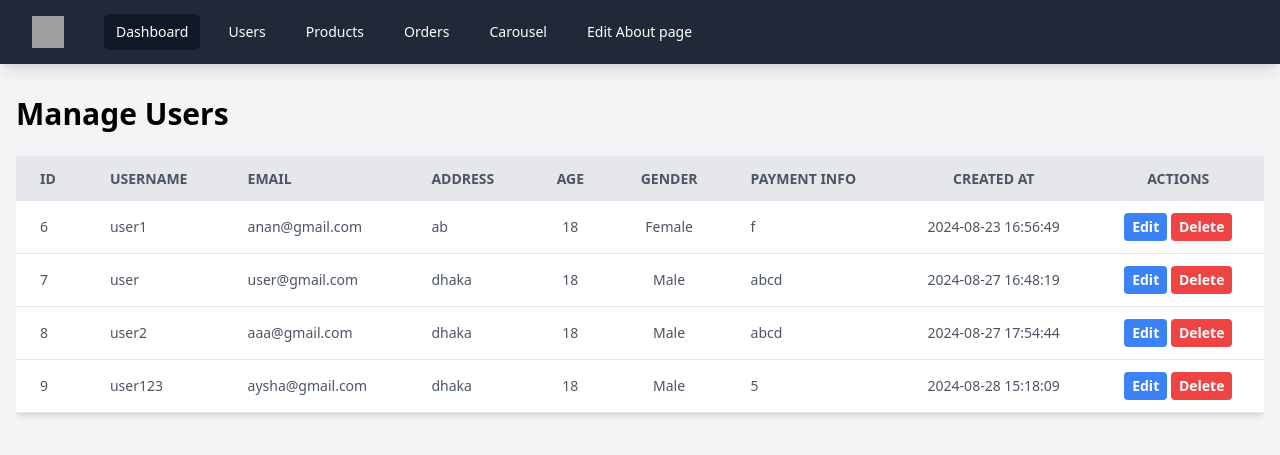
Repository: AsirAl-Anan/php-eccomerce
Page: http://localhost/admin/users_manage.php
These files come from the project's save history. The page is drawn as it stood at one moment and after the next save; the edit follows.
The browser window is 1280 px wide. The pictures show the whole page.
Pictures or frames that could not be fetched are drawn as grey boxes. Some web libraries are served in a nearby version. The page is run by PHP 8.4 with error messages shown; the project is at /var/www/html/. The session is filled in as if someone had signed in: {"admin_loggedin": true, "admin_id": 244004, "admin_username": "admin1"}. Other server files are loaded and not shown. The database holds what the project's SQL file puts in it.

Above is the page before, as saved 2024-08-27 14:44:52.

### admin/users_manage.php
<?php
session_start();
require_once '../config/config.php';
require_once 'fetch_admin_data.php';
// Check if admin is logged in
if (!isset($_SESSION["admin_loggedin"]) || $_SESSION["admin_loggedin"] !== true) {
    header("location: admin_login.php");
    exit;
}

// Function to get all users
function getAllUsers($conn)
{
    $sql = "SELECT id, username, email, address, age, gender, payment_info, created_at FROM users";
    $result = $conn->query($sql);
    return $result->fetch_all(MYSQLI_ASSOC);
}

// Handle user deletion
if (isset($_POST['delete_user'])) {
    $user_id = $_POST['user_id'];

    $conn->query("SET foreign_key_checks = 0");

    try {
        $sql = "DELETE FROM orders WHERE user_id = ?";
        $stmt = $conn->prepare($sql);
        $stmt->bind_param("i", $user_id);
        $stmt->execute();

        $sql = "DELETE FROM cart WHERE user_id = ?";
        $stmt = $conn->prepare($sql);
        $stmt->bind_param("i", $user_id);
        $stmt->execute();

        $sql = "DELETE FROM users WHERE id = ?";
        $stmt = $conn->prepare($sql);
        $stmt->bind_param("i", $user_id);
        $stmt->execute();

        echo "User and related data deleted successfully";
    } catch (Exception $e) {
        echo "Error deleting user: " . $e->getMessage();
    } finally {
        $conn->query("SET foreign_key_checks = 1");
    }
}
// Handle user edit
if (isset($_POST['edit_user'])) {
    $user_id = $_POST['user_id'];
    $username = $_POST['username'];
    $email = $_POST['email'];
    $address = $_POST['address'];
    $age = $_POST['age'];
    $gender = $_POST['gender'];
    $payment_info = $_POST['payment_info'];

    $sql = "UPDATE users SET username = ?, email = ?, address = ?, age = ?, gender = ?, payment_info = ? WHERE id = ?";
    $stmt = $conn->prepare($sql);
    $stmt->bind_param("sssissi", $username, $email, $address, $age, $gender, $payment_info, $user_id);

    if ($stmt->execute()) {
        echo "User updated successfully!";
    } else {
        echo "Error updating user: " . $conn->error;
    }
}
$users = getAllUsers($conn);


?>


<!DOCTYPE html>
<html lang="en">

<head>
    <meta charset="UTF-8">
    <meta name="viewport" content="width=device-width, initial-scale=1.0">
    <title>Admin Panel</title>
    <script src="https://cdn.tailwindcss.com"></script>
</head>

<body class="bg-gray-100 ">


    <nav class="bg-gray-800 text-white shadow-lg">
        <div class="max-w-7xl mx-auto px-4 sm:px-6 lg:px-8">
            <div class="flex items-center justify-between h-16">
                <div class="flex items-center">
                    <a href="#" class="flex-shrink-0">
                        <img class="h-8 w-8" src="https://tailwindui.com/img/logos/workflow-mark-indigo-500.svg"
                            alt="Workflow">
                    </a>
                    <div class="hidden md:block">
                        <div class="ml-10 flex items-baseline space-x-4">
                            <a href="admin_panel.php" class="px-3 py-2 rounded-md text-sm font-medium bg-gray-900">Dashboard</a>
                            <a href="manage_users.php" class="px-3 py-2 rounded-md text-sm font-medium hover:bg-gray-700">Users</a>
                            <a href="manage_product.php" class="px-3 py-2 rounded-md text-sm font-medium hover:bg-gray-700">Products</a>
                            <a href="order_manage.php" class="px-3 py-2 rounded-md text-sm font-medium hover:bg-gray-700">Orders</a>
                            <a href="edit_carousel.php" class="px-3 py-2 rounded-md text-sm font-medium hover:bg-gray-700">Carousel</a>
                            <a href="edit_about_page.php" class="px-3 py-2 rounded-md text-sm font-medium hover:bg-gray-700">Edit About page</a>
                        </div>
                    </div>
                </div>
                <div class="hidden md:block">
                    <div class="ml-4 flex items-center md:ml-6">
                        <button
                            class="p-1 rounded-full hover:bg-gray-700 focus:outline-none focus:ring-2 focus:ring-offset-2 focus:ring-offset-gray-800 focus:ring-white">
                            <span class="sr-only">View notifications</span>
                            <i class="fas fa-bell"></i>
                        </button>
                        <div class="ml-3 relative">
                            <div>
                                <button
                                    class="max-w-xs bg-gray-800 rounded-full flex items-center text-sm focus:outline-none focus:ring-2 focus:ring-offset-2 focus:ring-offset-gray-800 focus:ring-white">
                                    <span class="sr-only">Open user menu</span>
                                    <?php
$profile_picture_path = isset($admin_data['profile_picture']) ? '../uploads/' . $admin_data['profile_picture'] : '../uploads/default_avatar.jpg';

?>
                                </button>
                            </div>
                        </div>
                    </div>
                </div>
                <div class="-mr-2 flex md:hidden">
                    <button type="button"
                        class="inline-flex items-center justify-center p-2 rounded-md text-gray-400 hover:text-white hover:bg-gray-700 focus:outline-none focus:ring-2 focus:ring-offset-2 focus:ring-offset-gray-800 focus:ring-white">
                        <span class="sr-only">Open main menu</span>
                        <i class="fas fa-bars"></i>
                    </button>
                </div>
            </div>
        </div>
    </nav>

    <div class="container mx-auto px-4 py-8">
        <h1 class="text-3xl font-bold mb-6">Manage Users</h1>
        <div class="overflow-x-auto">
            <table class="w-full bg-white shadow-md rounded mb-4">
                <thead>
                    <tr class="bg-gray-200 text-gray-600 uppercase text-sm leading-normal">
                        <th class="py-3 px-6 text-left">ID</th>
                        <th class="py-3 px-6 text-left">Username</th>
                        <th class="py-3 px-6 text-left">Email</th>
                        <th class="py-3 px-6 text-left">Address</th>
                        <th class="py-3 px-6 text-center">Age</th>
                        <th class="py-3 px-6 text-center">Gender</th>
                        <th class="py-3 px-6 text-left">Payment Info</th>

                        <th class="py-3 px-6 text-center">Created At</th>
                        <th class="py-3 px-6 text-center">Actions</th>
                    </tr>
                </thead>
                <tbody class="text-gray-600 text-sm font-light">
                    <?php foreach ($users as $user): ?>
                        <tr class="border-b border-gray-200 hover:bg-gray-100">
                            <td class="py-3 px-6 text-left whitespace-nowrap"><?php echo $user['id']; ?></td>
                            <td class="py-3 px-6 text-left"><?php echo htmlspecialchars($user['username']); ?></td>
                            <td class="py-3 px-6 text-left"><?php echo htmlspecialchars($user['email']); ?></td>
                            <td class="py-3 px-6 text-left"><?php echo htmlspecialchars($user['address']); ?></td>
                            <td class="py-3 px-6 text-center"><?php echo $user['age']; ?></td>
                            <td class="py-3 px-6 text-center"><?php echo htmlspecialchars($user['gender']); ?></td>
                            <td class="py-3 px-6 text-left"><?php echo htmlspecialchars($user['payment_info']); ?></td>

                            <td class="py-3 px-6 text-center"><?php echo $user['created_at']; ?></td>
                            <td class="py-3 px-6 text-center">
                                <button onclick="openEditModal(<?php echo htmlspecialchars(json_encode($user)); ?>)"
                                    class="bg-blue-500 hover:bg-blue-700 text-white font-bold py-1 px-2 rounded">Edit</button>
                                <form method="POST" action="" class="inline">
                                    <input type="hidden" name="user_id" value="<?php echo $user['id']; ?>">
                                    <button type="submit" name="delete_user"
                                        class="bg-red-500 hover:bg-red-700 text-white font-bold py-1 px-2 rounded"
                                        onclick="return confirm('Are you sure you want to delete this user?')">Delete</button>
                                </form>
                            </td>
                        </tr>
                    <?php endforeach; ?>
                </tbody>
            </table>
        </div>
    </div>











        <script>






            function openEditModal(user) {
                // Populate the modal fields with the user data
                document.getElementById('edit_user_id').value = user.id;
                document.getElementById('edit_username').value = user.username;
                document.getElementById('edit_email').value = user.email;
                document.getElementById('edit_address').value = user.address;
                document.getElementById('edit_age').value = user.age;
                document.getElementById('edit_gender').value = user.gender;
                document.getElementById('edit_payment_info').value = user.payment_info;

                // Show the modal
                document.getElementById('editModal').classList.remove('hidden');
            }

            function closeEditModal() {
                // Hide the modal
                document.getElementById('editModal').classList.add('hidden');
            }



        </script>






</body>

</html>

### config/config.php
<?PHP
// define('SERVER','localhost');
// define('USERNAME','ANAN');
// define('PASSWORD','1234');
// define('DATABASE_NAME','eccomercesite');
if (!defined('SERVER')) define('SERVER', 'localhost');
if (!defined('USERNAME')) define('USERNAME', 'ANAN');
if (!defined('PASSWORD')) define('PASSWORD', '1234');
if (!defined('DATABASE_NAME')) define('DATABASE_NAME', 'eccomercesite');

$conn = new mysqli(SERVER, USERNAME, PASSWORD, DATABASE_NAME);

if ($conn->connect_error) {
    die("Connection failed: " . $conn->connect_error);
}

### admin/fetch_admin_data.php
<?php

require_once '../config/config.php';  // Adjust this path as needed

// Check if admin is logged in
if(!isset($_SESSION["admin_loggedin"]) || $_SESSION["admin_loggedin"] !== true){
    header("location: admin_login.php");
    exit;
}

$admin_id = $_SESSION["admin_id"];
$admin_data = null;

// Fetch current admin data
$sql = "SELECT * FROM admin_users WHERE id = ?";
if($stmt = $conn->prepare($sql)){
    $stmt->bind_param("i", $admin_id);

    if($stmt->execute()){
        $result = $stmt->get_result();

        if($result->num_rows == 1){
            $admin_data = $result->fetch_assoc();
        } else {
            // Handle error - admin data not found
            error_log("Error: Admin data not found for ID: $admin_id");
        }
    } else {
        // Handle error - SQL execution failed
        error_log("Error executing SQL: " . $stmt->error);
    }

    $stmt->close();
} else {
    // Handle error - SQL preparation failed
    error_log("Error preparing SQL: " . $conn->error);
}

// Close the database connection

### eccomercesite.sql (the tables this page reads)
CREATE TABLE `admin_users` (
  `id` int(11) NOT NULL,
  `username` varchar(50) NOT NULL,
  `password` varchar(255) NOT NULL,
  `created_at` timestamp NOT NULL DEFAULT current_timestamp(),
  `fullname` varchar(100) NOT NULL,
  `email` varchar(100) NOT NULL,
  `admin_id` varchar(50) NOT NULL,
  `profile_picture` varchar(255) DEFAULT NULL
) ENGINE=InnoDB DEFAULT CHARSET=utf8mb4 COLLATE=utf8mb4_general_ci;

INSERT INTO `admin_users` (`id`, `username`, `password`, `created_at`, `fullname`, `email`, `admin_id`, `profile_picture`) VALUES
(4, 'admin1', '$2y$10$oI2985.gqQRTdeduuzCgs.g3Fs48QlTsZa001FnGrHTLiOCp1rHHC', '2024-08-26 13:45:31', 'admin1', 'aaaaa@gmail.com', '244004', 'pfp-4.jpg');

ALTER TABLE `admin_users`
  ADD PRIMARY KEY (`id`),
  ADD UNIQUE KEY `username` (`username`),
  ADD UNIQUE KEY `email` (`email`),
  ADD UNIQUE KEY `admin_id` (`admin_id`);

ALTER TABLE `admin_users`
  MODIFY `id` int(11) NOT NULL AUTO_INCREMENT, AUTO_INCREMENT=9;

CREATE TABLE `users` (
  `id` int(11) NOT NULL,
  `username` varchar(50) NOT NULL,
  `password` varchar(255) NOT NULL,
  `email` varchar(100) NOT NULL,
  `created_at` timestamp NOT NULL DEFAULT current_timestamp(),
  `address` varchar(255) DEFAULT NULL,
  `age` int(11) DEFAULT NULL,
  `gender` enum('Male','Female','Other') DEFAULT NULL,
  `payment_info` varchar(255) DEFAULT NULL,
  `is_admin` tinyint(1) DEFAULT 0,
  `profile_picture` varchar(255) DEFAULT NULL,
  `is_active` tinyint(1) DEFAULT 1
) ENGINE=InnoDB DEFAULT CHARSET=utf8mb4 COLLATE=utf8mb4_general_ci;

INSERT INTO `users` (`id`, `username`, `password`, `email`, `created_at`, `address`, `age`, `gender`, `payment_info`, `is_admin`, `profile_picture`, `is_active`) VALUES
(6, 'user1', '$2y$10$H0sHrVpfBgiT1PPLuY30M.pel1W/jbkOkyG38d5CehW5iFSsMho7C', 'anan@gmail.com', '2024-08-23 16:56:49', 'ab', 18, 'Female', 'f', 0, '../uploads/66d2dc058fc64.png', 1),
(7, 'user', '$2y$10$AbcDjjUtnqLywkoWXuBvQeWf5eM8BAiCglfz2N8Se/nb85tpbVkzK', 'user@gmail.com', '2024-08-27 16:48:19', 'dhaka', 18, 'Male', 'abcd', 0, '../uploads/66ce0368c519d.jpg', 1),
(8, 'user2', '$2y$10$ypkdEWV3J01PPorOjNwrv.56hapDMiOvwLuV1DO1rGCvVWSbfR8XS', 'aaa@gmail.com', '2024-08-27 17:54:44', 'dhaka', 18, 'Male', 'abcd', 0, NULL, 1),
(9, 'user123', '$2y$10$Ec5imssTdW7LVxDYUYV03emzQvWz70SJ3yTDPTB8oMQvSHx.eYguC', 'aysha@gmail.com', '2024-08-28 15:18:09', 'dhaka', 18, 'Male', '5', 0, '../uploads/66cf562f1d5b8.jpg', 1);

ALTER TABLE `users`
  ADD PRIMARY KEY (`id`),
  ADD UNIQUE KEY `username` (`username`),
  ADD UNIQUE KEY `email` (`email`);

ALTER TABLE `users`
  MODIFY `id` int(11) NOT NULL AUTO_INCREMENT, AUTO_INCREMENT=10;

After the next save:
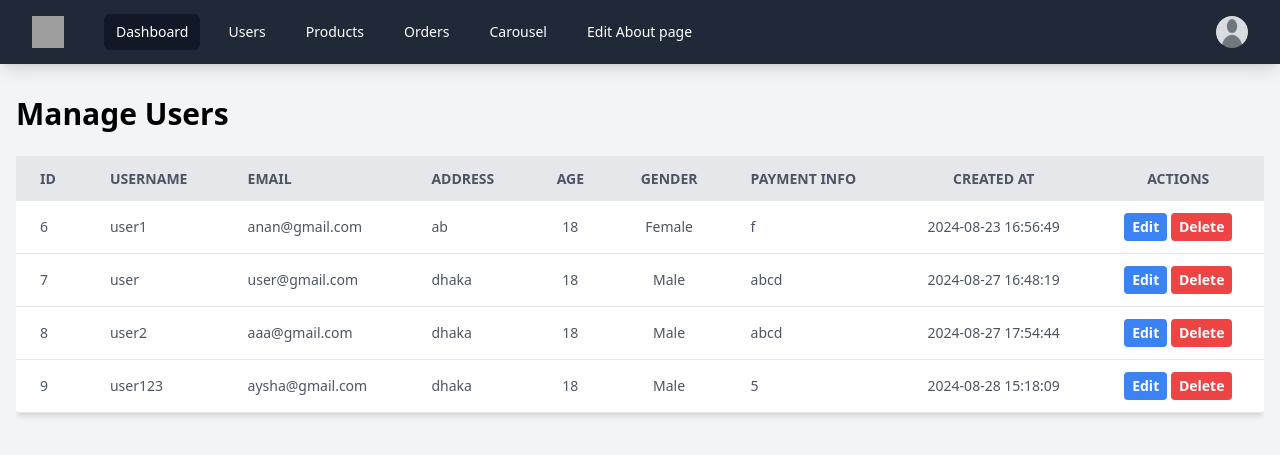
Saved 10 s later.
--- a/admin/users_manage.php
+++ b/admin/users_manage.php
@@ -112,14 +112,14 @@ $users = getAllUsers($conn);
                         </button>
                         <div class="ml-3 relative">
                             <div>
-                                <button
-                                    class="max-w-xs bg-gray-800 rounded-full flex items-center text-sm focus:outline-none focus:ring-2 focus:ring-offset-2 focus:ring-offset-gray-800 focus:ring-white">
-                                    <span class="sr-only">Open user menu</span>
-                                    <?php
+                            <button class="max-w-xs bg-gray-800 rounded-full flex items-center text-sm focus:outline-none focus:ring-2 focus:ring-offset-2 focus:ring-offset-gray-800 focus:ring-white">
+                                <span class="sr-only">Open user menu</span>
+                                <?php
 $profile_picture_path = isset($admin_data['profile_picture']) ? '../uploads/' . $admin_data['profile_picture'] : '../uploads/default_avatar.jpg';
 
 ?>
-                                </button>
+<img class="h-8 w-8 rounded-full" src="<?php echo htmlspecialchars($profile_picture_path); ?>" alt="Admin profile">
+                            </button>
                             </div>
                         </div>
                     </div>
